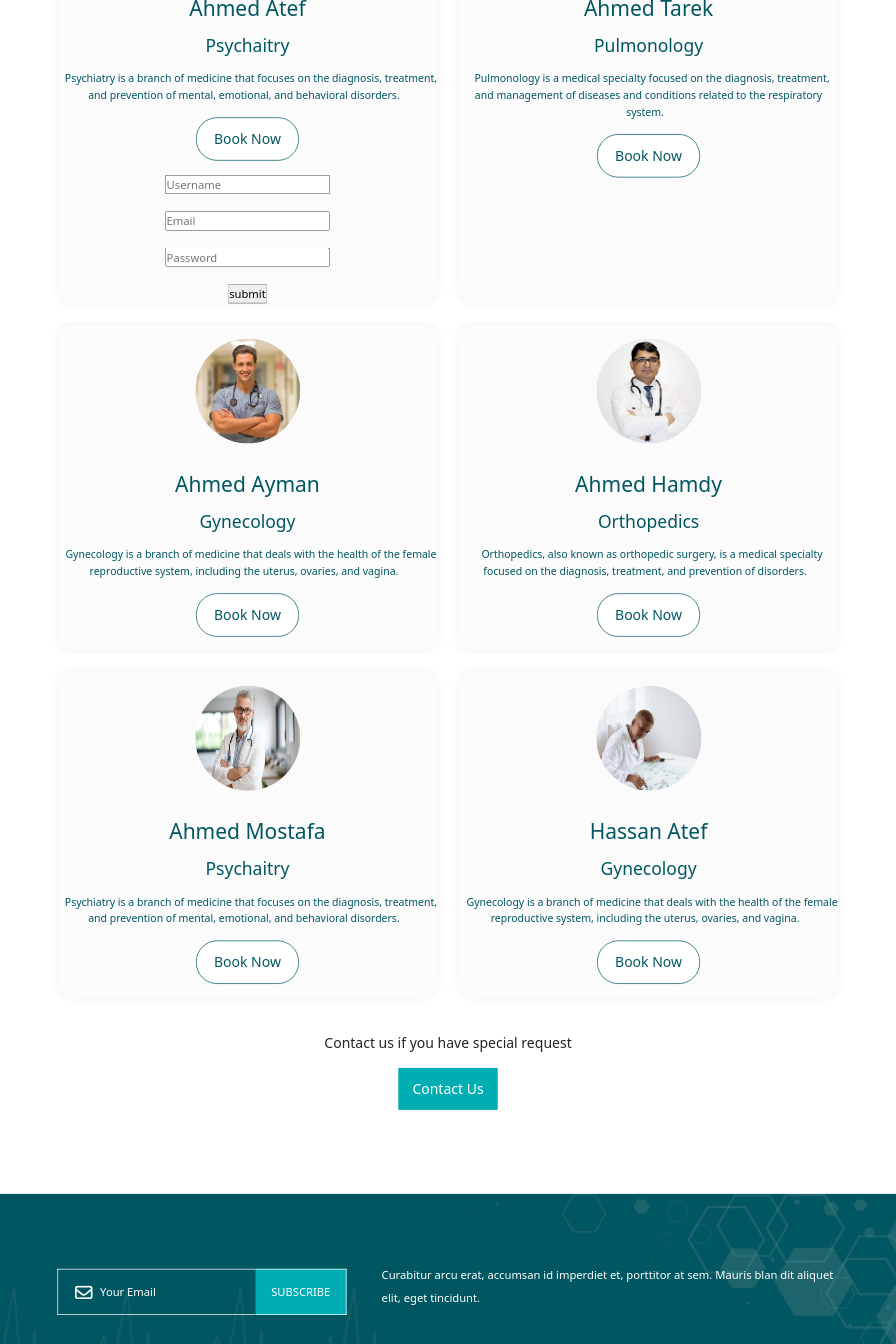
Repository: Ahmed123rezk123/Clinic
Page: index.html
An editor plug-in stored every save of this project. The page is shown before and after a run of saves, followed by the edit.
The browser window is 1280 px wide. The pictures show the part of the page from y = 2841 to 4761 px (the page is 6199 px tall before and 6039 px after), at 70% of full size.
Some web fonts or font styles are not loaded; a fallback is used.

Above is the page before, as saved 2024-04-26 18:17:25.

### index.html
<!DOCTYPE html>
<html lang="en">
  <head>
    <meta charset="UTF-8" />
    <meta name="viewport" content="width=device-width, initial-scale=1.0" />
    <title>Clinic</title>
    <!-- Render All Elements Normally -->
    <link rel="stylesheet" href="css/normalize.css" />
    <!-- Font Awesome Library -->
    <link rel="stylesheet" href="css/all.min.css" />
    <!-- Main Temlate css file -->
    <link rel="stylesheet" href="css/style.css" />
    <!-- Google Fonts -->
    <link rel="preconnect" href="https://fonts.googleapis.com" />
    <link rel="preconnect" href="https://fonts.gstatic.com" crossorigin />
    <link
      href="https://fonts.googleapis.com/css2?family=Edu+TAS+Beginner:wght@500&family=Open+Sans:wght@400;700&display=swap"
      rel="stylesheet"
    />
    <link href="https://cdn.jsdelivr.net/npm/bootstrap@5.3.2/dist/css/bootstrap.min.css" rel="stylesheet">
  </head>
  <body>
    <!-- Start Header -->
    <header>
      <div class="container" id="top">
        <a href="#" class="logo">
          <img src="images/logo.svg" alt="Logo" />
        </a>
        <nav>
          <i class="fas fa-bars menu"></i>
          <ul>
            <li><a href="#" class="active">Home</a></li>
            <li><a href="#">Services</a></li>
            <li><a href="#">Doctors</a></li>
            <li><a href="#">Blog</a></li>
            <li><a href="#">Contact</a></li>
          </ul>
          <div class="form">
            <i class="fas fa-search"></i>
          </div>
        </nav>
      </div>
    </header>
    <!-- End Header -->
    <!-- Start Landing -->
    <section class="landing">
      <div class="overlay">
        <div class="text">
          <div class="content">
            <h2>
              Welcome To Doclab<br />
              We get will soon
            </h2>
            <p>
              The new Doclab Hydro Renewal Ampoule is the latest K-Beauty secret
              of skin renewal and revitalization invention.
            </p>
          </div>
        </div>
        <img class="img-doctor" src="images/hero-banner.png" alt="" />
      </div>
      <i class="fas fa-angle-left icon1 fa-2x"></i>
      <i class="fas fa-angle-right icon2 fa-2x"></i>
      <ul class="bullets">
        <li></li>
        <li class="active"></li>
        <li></li>
      </ul>
    </section>
    <!-- End Landing -->
    <!-- Start Services -->
    <section class="services">
      <div class="container">
        <div class="main-content">
          <h2>Services</h2>
          <p>
            The new Doclab Hydro Renewal Ampoule is the latest K-Beauty secret
            of skin renewal and revitalization.
          </p>
        </div>
        <div class="services-content">
          <div class="div-content">
            <img src="images/icon-1.png" alt="" />
            <div class="text">
              <h2>Psychaitry</h2>
              <p>
                Psychiatry is a branch of medicine that focuses on the
                diagnosis, treatment, and prevention of mental, emotional, and
                behavioral disorders.
              </p>
            </div>
          </div>
          <div class="div-content">
            <img src="images/icon-2.png" alt="" />
            <div class="text">
              <h2>Gynecology</h2>
              <p>
                Gynecology is a branch of medicine that deals with the health of
                the female reproductive system, including the uterus, ovaries,
                and vagina.
              </p>
            </div>
          </div>
          <div class="div-content">
            <img src="images/icon-3.png" alt="" />
            <div class="text">
              <h2>Pulmonology</h2>
              <p>
                Pulmonology is a medical specialty focused on the diagnosis,
                treatment, and management of diseases and conditions related to
                the respiratory system.
              </p>
            </div>
          </div>
          <div class="div-content">
            <img src="images/icon-4.png" alt="" />
            <div class="text">
              <h2>Orthopedics</h2>
              <p>
                Orthopedics, also known as orthopedic surgery, is a medical
                specialty focused on the diagnosis, treatment, and prevention of
                disorders.
              </p>
            </div>
          </div>
        </div>
      </div>
    </section>
    <!-- End Services -->
    <!-- Start Design -->
    <section class="design">
      <div class="overlay">
        <div class="image">
          <!-- <img src="images/mobile.png" alt="" /> -->
        </div>
        <div class="text">
          <div class="content">
            <h2>Doctors Are Doing As Team . . .</h2>
            <div class="div-icon">
              <div class="div-content">
                <img src="images/icon-1.png" alt="" />
                <span>Dr: Ahmed Atef</span>
              </div>
              <div class="div-content">
                <img src="images/icon-2.png" alt="" />
                <span>Dr: Ahmed Ayman</span>
              </div>
              <div class="div-content">
                <img src="images/icon-3.png" alt="" />
                <span>Dr: Ahmed Mostafa</span>
              </div>
              <div class="div-content">
                <img src="images/icon-4.png" alt="" />
                <span>Dr: Ahmed Hamdy</span>
              </div>
            </div>
          </div>
        </div>
      </div>
    </section>
    <!-- End Design -->

    <!-- Start Princing -->
    <script>
      function book(){
      document.querySelector(".formation");
      }
    </script>

    <div class="princing">
      <div class="container">
        <div class="main-content">
          <h2>Blog</h2>
          <p>
            Lorem ipsum dolor sit amet consectetur adipisicing elit. Numquam,
            laborum ipsum adipisci perspiciatis dolorum.
          </p>
        </div>
        <div class="content">
        <div class="box">
          <div class="image">
            <img src="images/health-care.png" alt="">
          </div>
          <div class="text">
            <h2>Ahmed Atef</h2>
            <h4>Psychaitry</h4>
            <span>Psychiatry is a branch of medicine that focuses on the diagnosis, treatment, and prevention of mental, emotional, and behavioral disorders.</span>
          </div>
          <button onclick="book();">Book Now</button>
          <div class="formation" sta>
            <form>
              <input type="text" placeholder="Username">
              <br>
              <br>
              <input type="email" placeholder="Email">
              <br><br>
              <input type="password" placeholder="Password">
              <br><br>
              <input type="submit" value="submit">

            </form>
          </div>
        </div>
        <div class="box">
          <div class="image">
            <img src="images/images (1).jfif" alt="">
          </div>
          <div class="text">
            <h2>Ahmed Tarek</h2>
            <h4>Pulmonology</h4>
            <span>Pulmonology is a medical specialty focused on the diagnosis, treatment, and management of diseases and conditions related to the respiratory system.</span>
          </div>
          <button>Book Now</button>
        </div>
        <div class="box">
          <div class="image">
            <img src="images/images (2).jfif" alt="">
          </div>
          <div class="text">
            <h2>Ahmed Ayman</h2>
            <h4>Gynecology</h4>
            <span>Gynecology is a branch of medicine that deals with the health of the female reproductive system, including the uterus, ovaries, and vagina.</span>
          </div>
          <button>Book Now</button>
        </div>
        <div class="box">
          <div class="image">
            <img src="images/images.jfif" alt="">
          </div>
          <div class="text">
            <h2>Ahmed Hamdy</h2>
            <h4>Orthopedics</h4>
            <span>Orthopedics, also known as orthopedic surgery, is a medical specialty focused on the diagnosis, treatment, and prevention of disorders.</span>
          </div>
          <button>Book Now</button>
        </div>
        <div class="box">
          <div class="image">
            <img src="images/doc.jpg" alt="">
          </div>
          <div class="text">
            <h2>Ahmed Mostafa</h2>
            <h4>Psychaitry</h4>
            <span>Psychiatry is a branch of medicine that focuses on the diagnosis, treatment, and prevention of mental, emotional, and behavioral disorders.</span>
          </div>
          <button>Book Now</button>
        </div>
        <div class="box">
          <div class="image">
            <img src="images/laboratories.png" alt="">
          </div>
          <div class="text">
            <h2>Hassan Atef</h2>
            <h4>Gynecology</h4>
            <span>Gynecology is a branch of medicine that deals with the health of the female reproductive system, including the uterus, ovaries, and vagina.</span>
          </div>
          <button>Book Now</button>
        </div>
        </div>
        <p class="parag-content">Contact us if you have special request</p>
        <a href="#" class="lnk">Contact Us</a>
      </div>
    </div>
    <!-- End Princing -->

    <!-- Start Subscribe -->
    <div class="subscribe">
      <div class="container">
        <form action="">
          <i class="far fa-envelope"></i>
          <input type="email" name="mail" placeholder="Your Email" />
          <input type="submit" value="Subscribe" />
        </form>
        <p>
          Curabitur arcu erat, accumsan id imperdiet et, porttitor at sem.
          Mauris blan dit aliquet elit, eget tincidunt.
        </p>
      </div>
    </div>
    <!-- End Subscribe -->
    <!-- Start CONTACT US -->

    <div class="contact">
      <div class="container">
        <div class="main-content">
          <h2>contact us</h2>
          <p>
            Lorem ipsum dolor sit amet consectetur adipisicing elit. Numquam,
            laborum ipsum adipisci perspiciatis dolorum.
          </p>
        </div>
        <div class="content">
          <form action="">
            <input
              class="inp"
              type="text"
              name="name"
              placeholder="Your Name"
            />
            <input
              class="inp"
              type="email"
              name="mail"
              placeholder="Your Email"
            />
            <textarea
              class="inp"
              name="message"
              placeholder="Your Message"
            ></textarea>
            <input type="submit" value="Send Message" />
          </form>
          <div class="text">
            <h4>GET IN TOUCH</h4>
            <span class="phone">+00 123.456.789</span>
            <span class="phone">+00 123.456.789</span>

            <h4>WHERE WE ARE</h4>
            <ul>
              <li>Awesome Address 17</li>
              <li>New York, NYC</li>
              <li>123-4567-890</li>
              <li>USA</li>
            </ul>
          </div>
        </div>
      </div>
    </div>
    <!-- End CONTACT US -->

    <!-- Start Footer -->
    <div class="footer">
      <div class="container">
        <img src="images/logo.svg" alt="Logo" />
        <div class="text">
          <h2>We Are Social</h2>
          <a href="#"><i class="fab fa-facebook-f"></i></a>
          <a href="#"><i class="fab fa-twitter"></i></a>
          <a href="#"> <i class="fas fa-home"></i></a>
          <a href="#"><i class="fab fa-linkedin"></i></a>
        </div>
        <p>&copy; 2024 <span>Clinic</span> All Right Reserved</p>
      </div>
    </div>
    <!-- End Footer -->
    <a href="#top" class="up"><i class="fas fa-arrow-up"></i></a>
  </body>
</html>

Loaded but not shown: css/normalize.css (library); css/all.min.css (library); css/style.css (853 lines, source omitted)

After the next 4 saves:
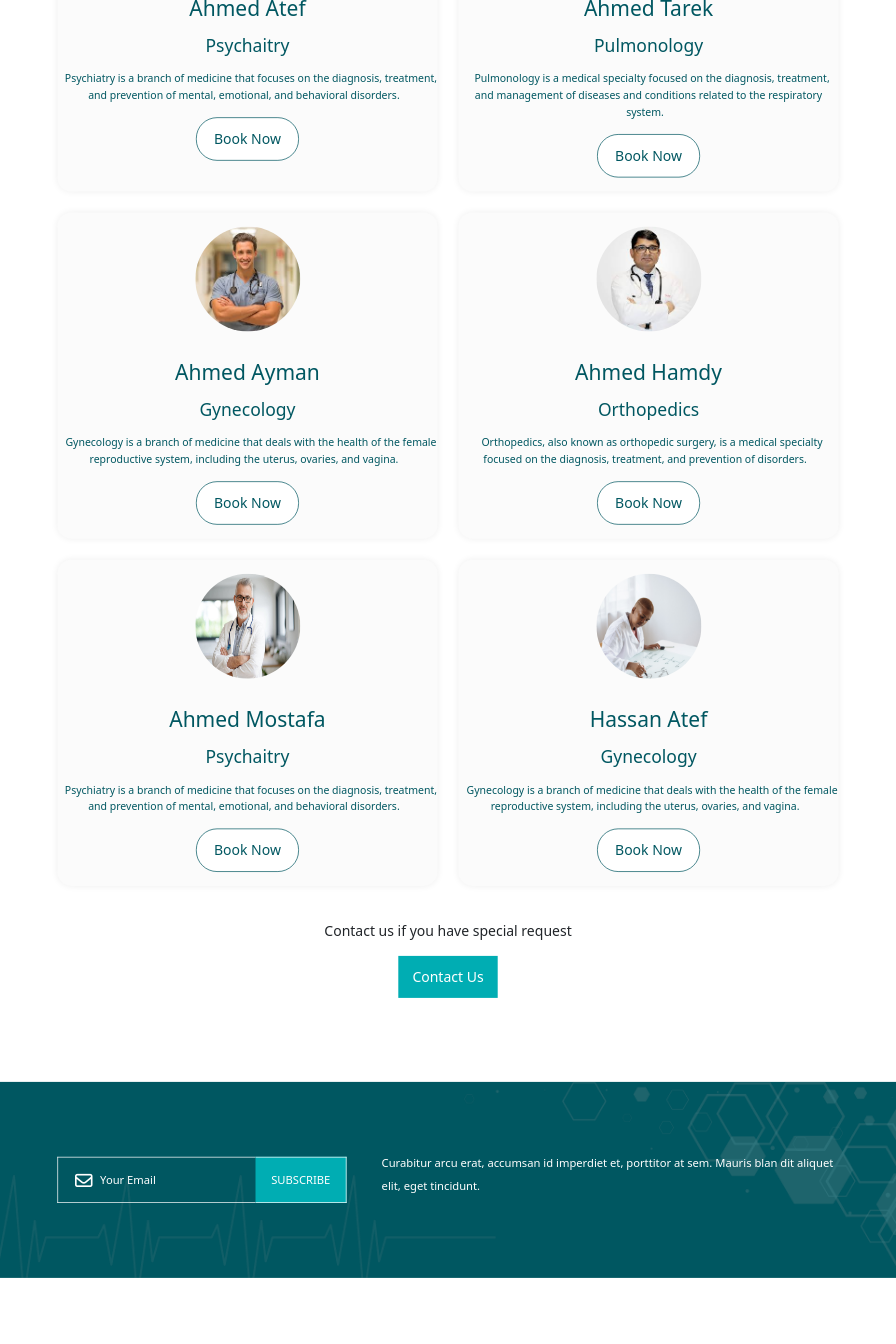
The 4 saves are shown as one change because they came seconds apart.
The last was saved 12 s later.
--- a/index.html
+++ b/index.html
@@ -187,7 +187,7 @@
             <span>Psychiatry is a branch of medicine that focuses on the diagnosis, treatment, and prevention of mental, emotional, and behavioral disorders.</span>
           </div>
           <button onclick="book();">Book Now</button>
-          <div class="formation" sta>
+          <div class="formation" style="display: none;">
             <form>
               <input type="text" placeholder="Username">
               <br>
